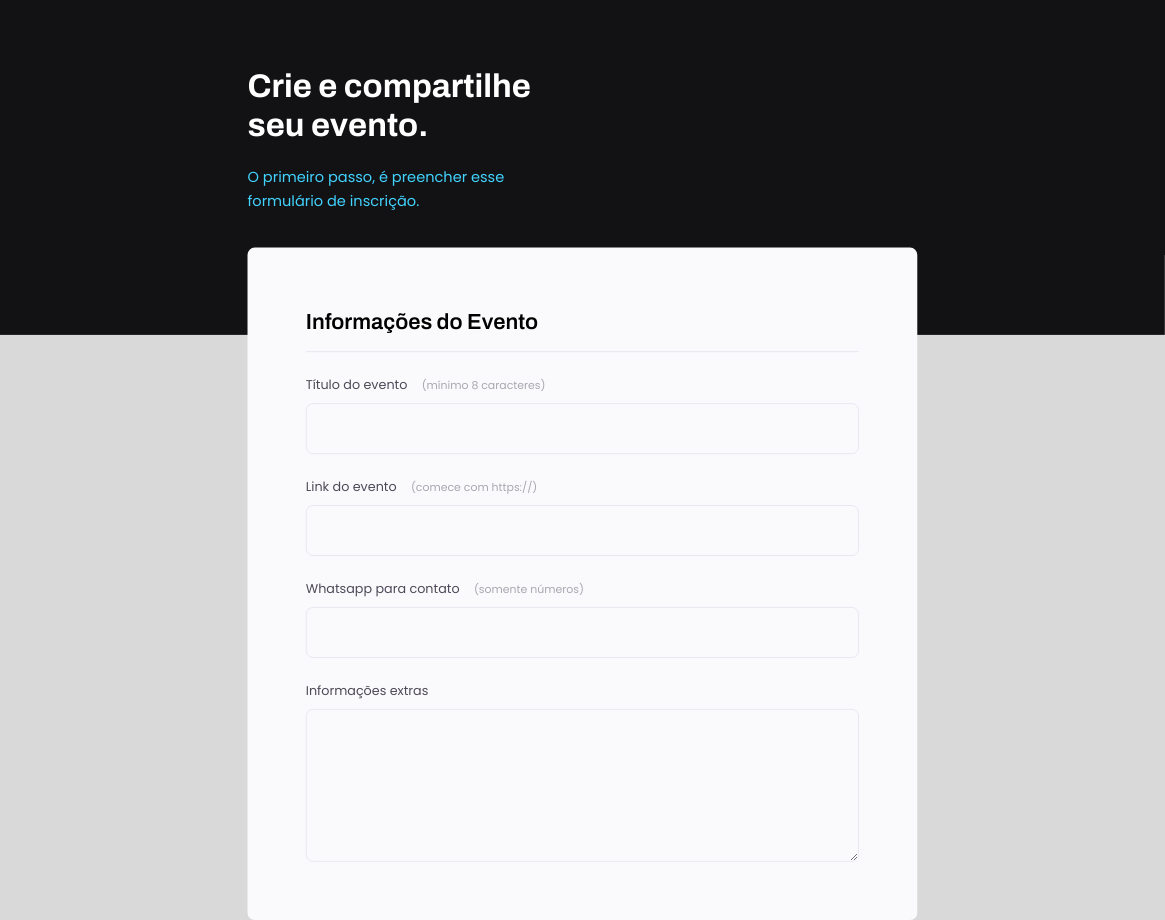
Repository: devMuriloOliveira/Formulario
Page: index.html
These files come from the project's save history. The page is drawn as it stood at one moment and after the next save; the edit follows.
The browser window is 1280 px wide. The pictures show the whole page, at 91% of full size.

Above is the page before, as saved 2023-10-31 21:32:10.

After the next save:
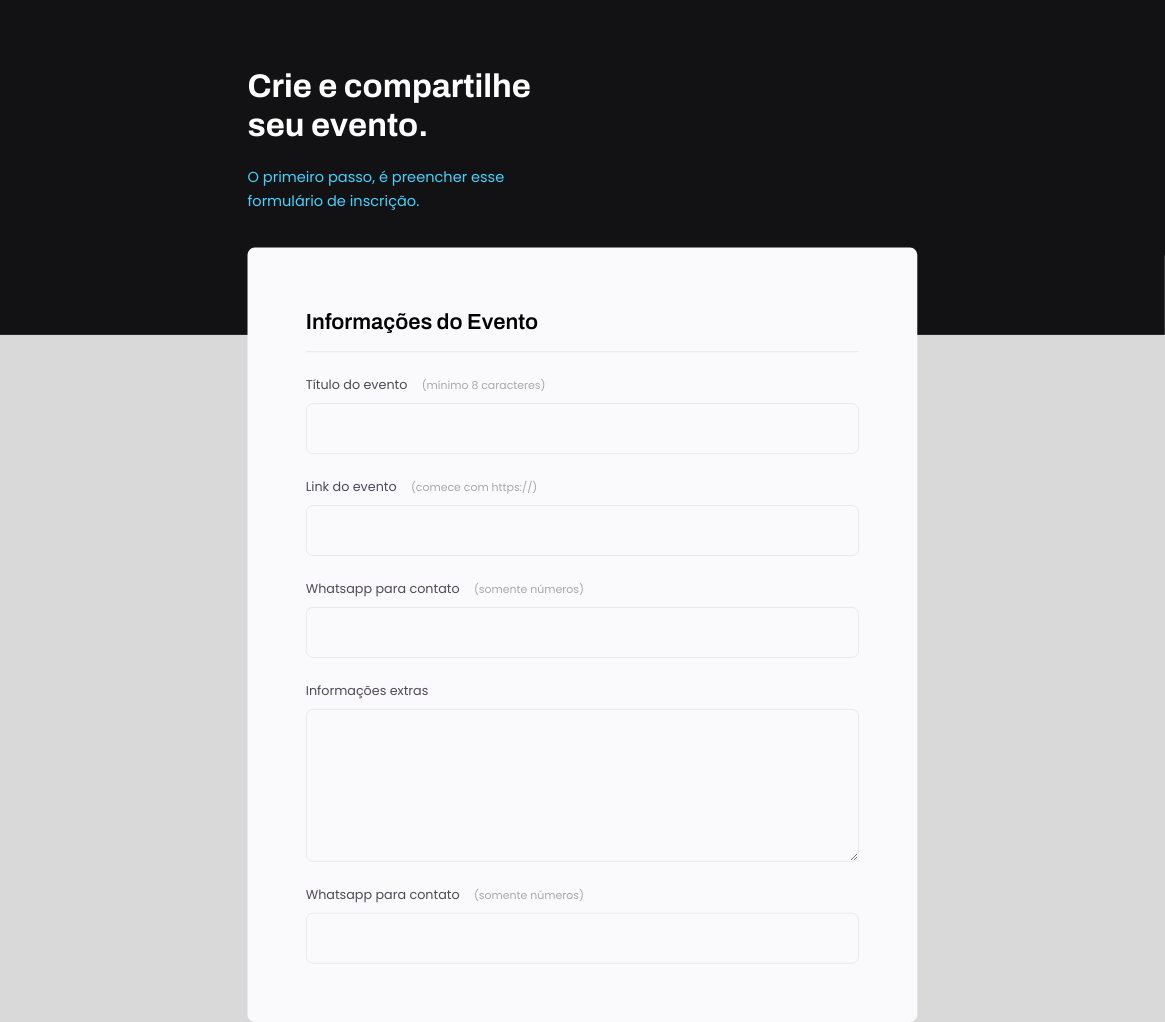
Saved 47 h 10 min later.
--- a/index.html
+++ b/index.html
@@ -50,6 +50,13 @@
               <label for="event-info">Informações extras</label>
               <textarea id="event-info"></textarea>
             </div>
+
+            <div class="input-wrapper">
+              <label for="event-whatsapp">
+                Whatsapp para contato <span>(somente números)</span>
+              </label>
+              <input type="number" id="event-whatsapp" />
+            </div>
           </div>
         </fieldset>
       </form>
